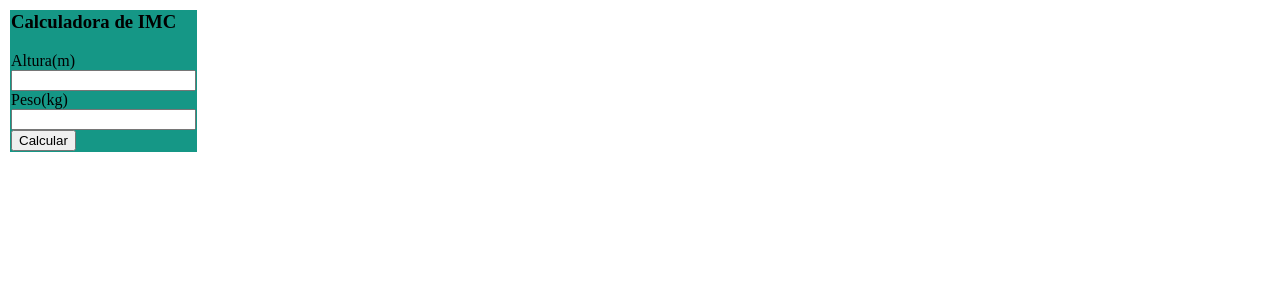
Repository: Patriciamativi/Projetos
Page: index.html
An editor plug-in stored every save of this project. The page is shown before and after the next save, followed by the edit.
The browser window is 1280 px wide. The pictures show the whole page.

Above is the page before, as saved 2022-11-21 14:35:02.

After the next save:
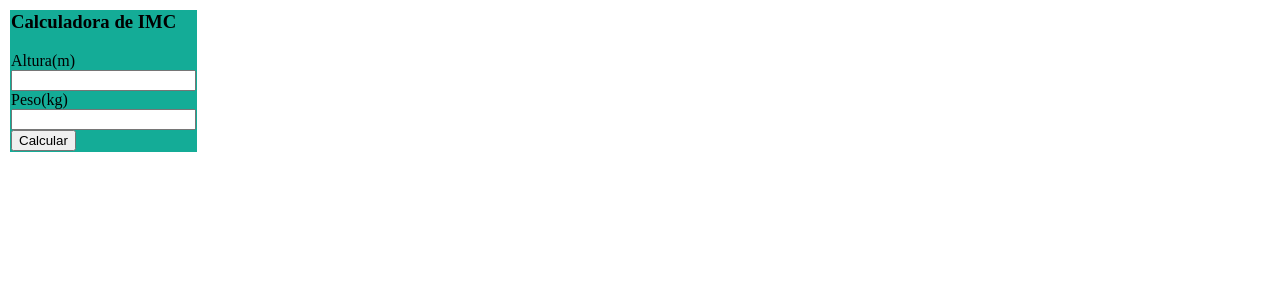
Saved 30 s later.
--- a/index.html
+++ b/index.html
@@ -9,7 +9,7 @@
             }
             td {
 
-                background-color: rgb(21, 151, 134);
+                background-color: rgb(20, 172, 151);
             }
         </style>
     </head>
